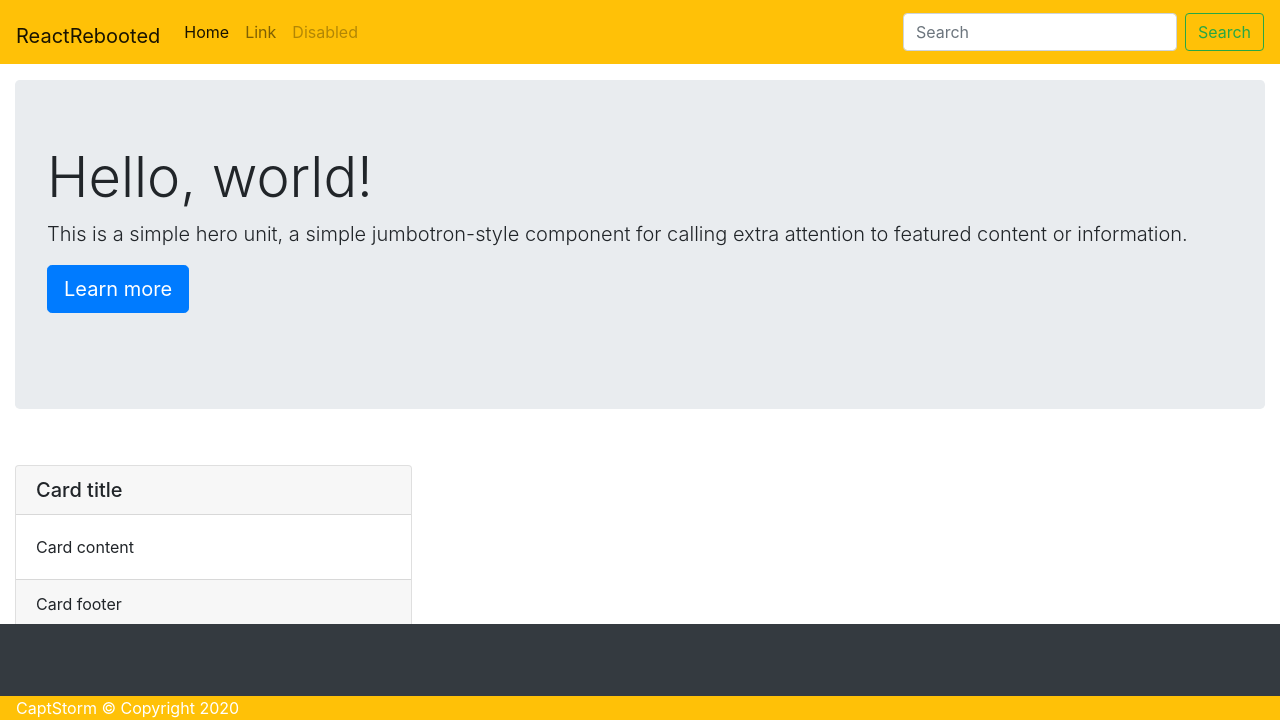
Repository: CaptainStorm21/complete-react16-bootstrap-passing-props
Page: /
An editor plug-in stored every save of this project. The page is shown before and after the next save, followed by the edit.
The browser window is 1280 px wide. The pictures show the whole page.
The project was rebuilt for these pictures with package versions that can differ from the ones it lists, and the page was loaded fresh each time. Also part of the build but not shown: src/components/layout/Nav.css.

Above is the page before, as saved 2020-04-23 21:01:44.

After the next save:
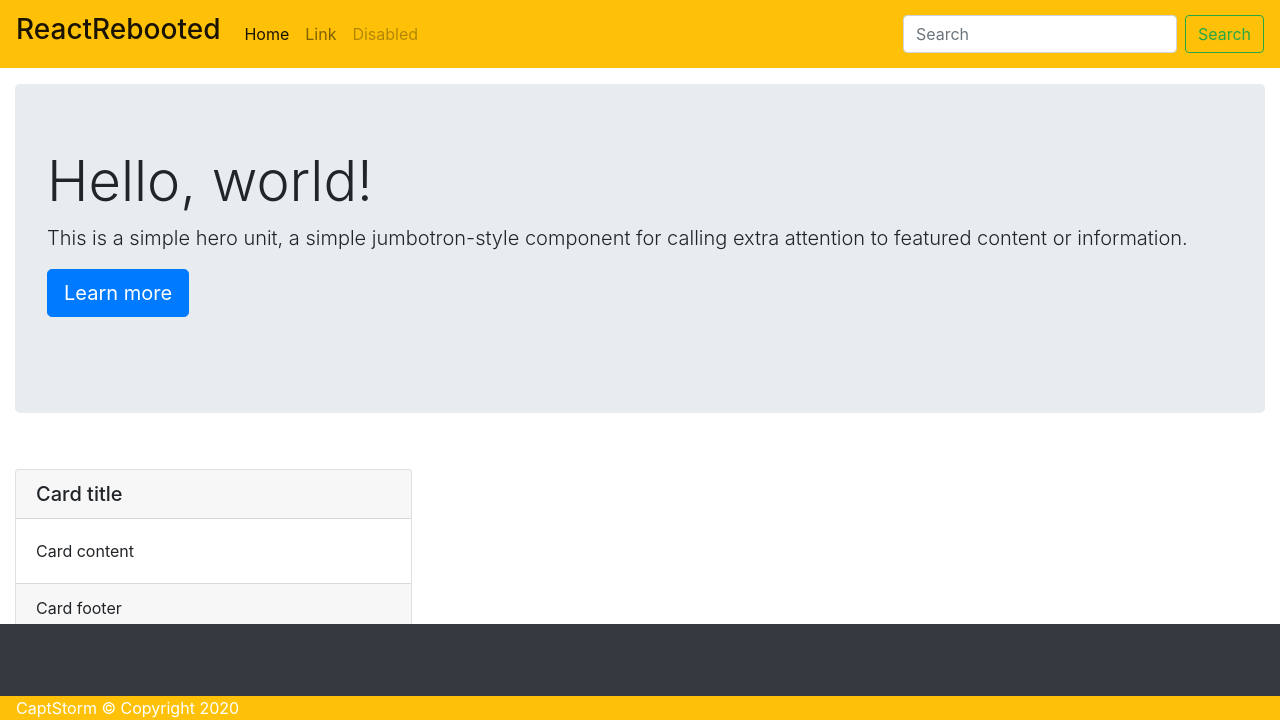
Saved 8 s later.
--- a/src/components/layout/Navbar.js
+++ b/src/components/layout/Navbar.js
@@ -4,7 +4,7 @@ import "./Nav.css";
 function Navbar() {
   return (
     <>
- <a className="navbar-brand" href="#"><h3></h3>ReactRebooted</a>
+ <a className="navbar-brand" href="#"><h3>ReactRebooted</h3></a>
   <button className="navbar-toggler" type="button" data-toggle="collapse" data-target="#navbarTogglerDemo02" aria-controls="navbarTogglerDemo02" aria-expanded="false" aria-label="Toggle navigation">
     <span className="navbar-toggler-icon"></span>
   </button>
